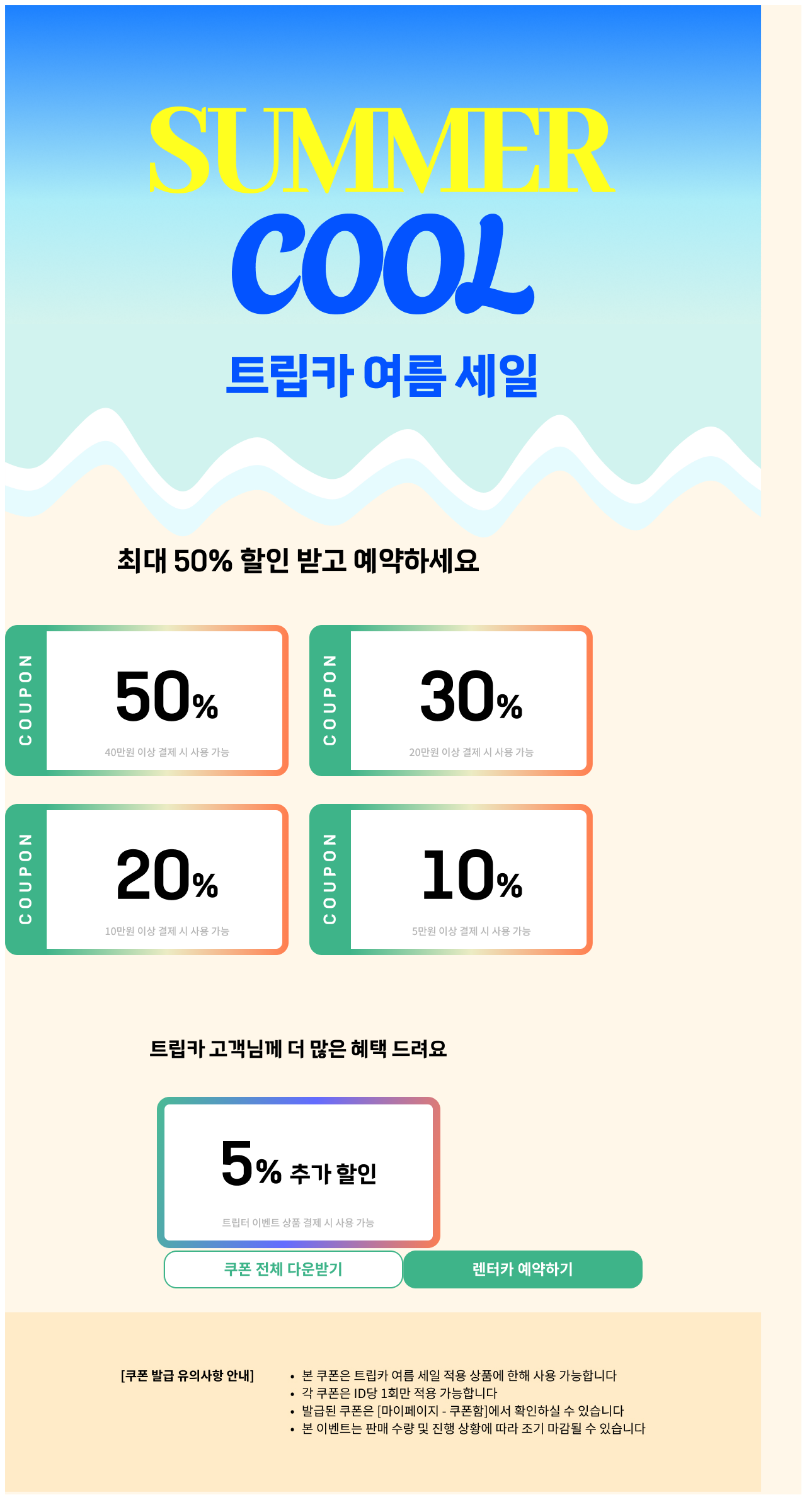
Repository: shin-eekk/project_temp
Page: project.html
An editor plug-in stored every save of this project. The page is shown before and after the next save, followed by the edit.
The browser window is 1280 px wide. The pictures show the whole page, at 63% of full size.

Above is the page before, as saved 2025-03-25 13:31:30.

### project.html
<!DOCTYPE html>
<html lang="en">
<head>
    <meta charset="UTF-8">
    <meta name="viewport" content="width=device-width, initial-scale=1.0">
    <title>Document</title>
</head>
<body>
    <section id="outpromo" style="background-color: #FFF7E9;">
        <img src="./img/projectBananer.png" alt="">
        <div class="wrap">
            <img src="./img/project_coupon.png" alt="">
            <div style="display: flex; justify-content: center; gap: ;">
                <a href="">
                    <img src="./img/btn_all.png" alt="">
                </a>
                <a href="">
                    <img src="./img/btn_rent.png" alt="">
                </a>
            </div>
                <p></p>
                <img src="" alt="">
            <div><a href=""></a></div>
        </div>
        <img src="./img/project_footer.jpg" alt="">

    </section>
</body>
</html>

After the next save:
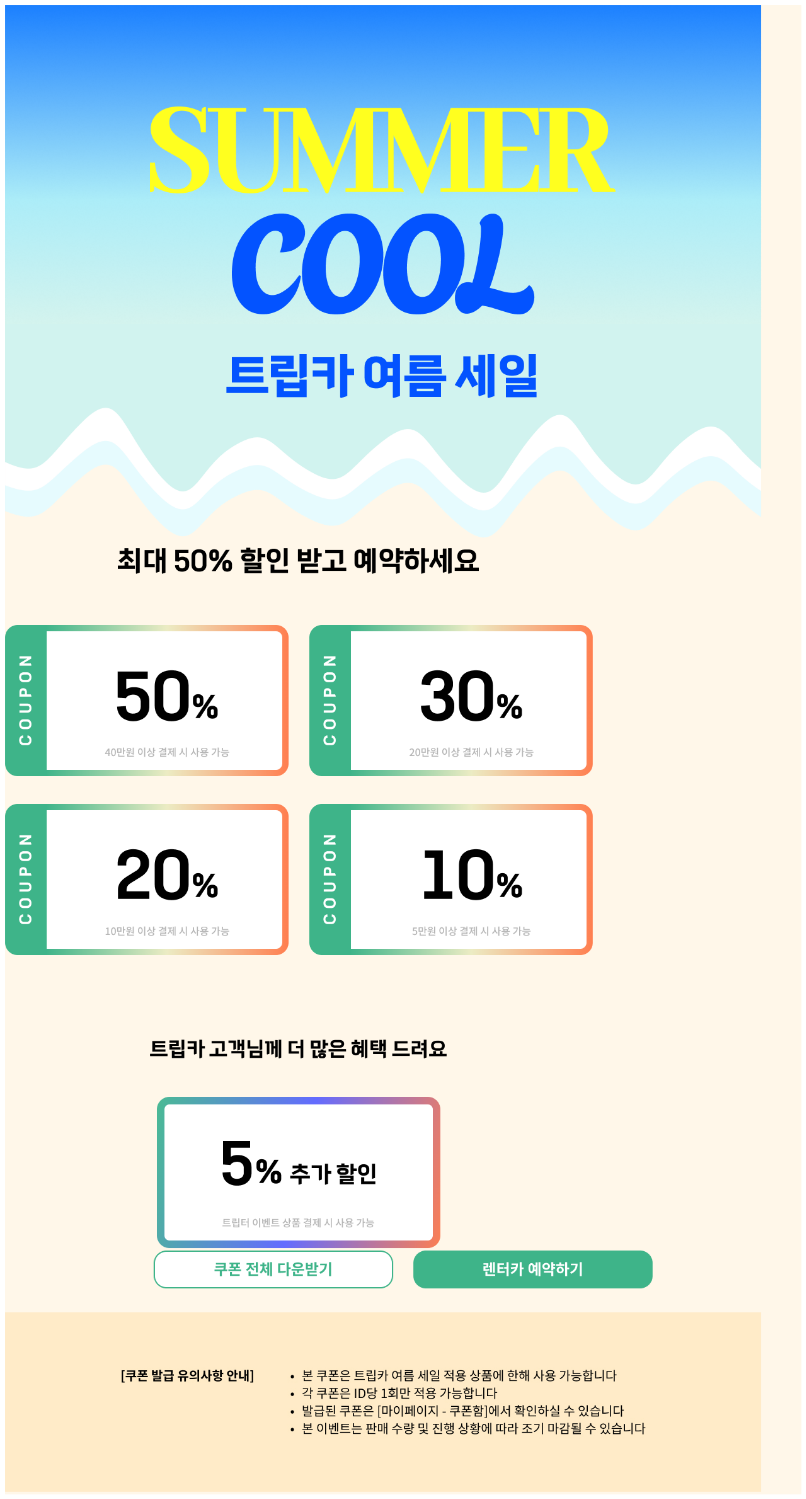
Saved 17 s later.
--- a/project.html
+++ b/project.html
@@ -10,7 +10,7 @@
         <img src="./img/projectBananer.png" alt="">
         <div class="wrap">
             <img src="./img/project_coupon.png" alt="">
-            <div style="display: flex; justify-content: center; gap: ;">
+            <div style="display: flex; justify-content: center; gap: 32px;">
                 <a href="">
                     <img src="./img/btn_all.png" alt="">
                 </a>
